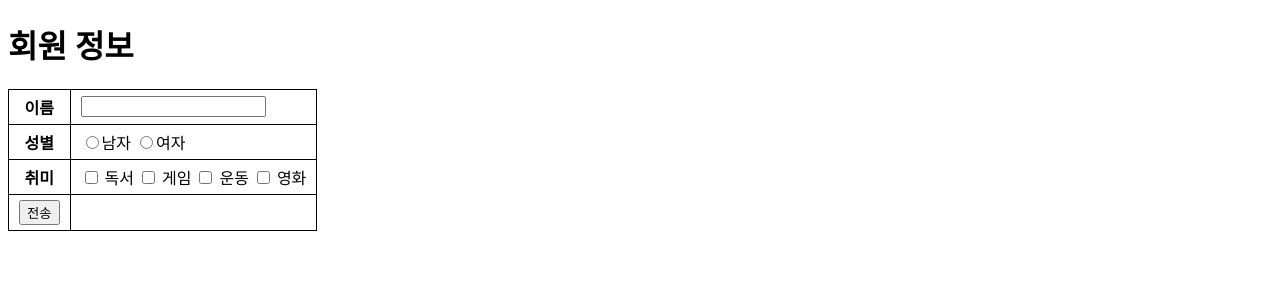
Repository: ZicoPark/Lost-Dev
Page: http://localhost/03_request/
The author's editor kept a copy of each file at every save. The page is drawn from the files as they stood at one save, then again after the next save.
The browser window is 1280 px wide. The pictures show the whole page.
The page is served by Tomcat 9.

Above is the page before, as saved 2023-02-20 03:14:24.

### JSP/03_request/WebContent/index.jsp
<%@ page language="java" contentType="text/html; charset=UTF-8"
    pageEncoding="UTF-8"%>
<!DOCTYPE html>
<html>
<head>
<meta charset="UTF-8">
<title>Insert title here</title>
<style>
	table, th, td{
		border : 1px solid black;
		border-collapse: collapse;
	}
	th,td{
		padding : 5px 10px;
	}

</style>
</head>
<body>
	<h1>회원 정보</h1>
	<form action = ""  method="get">
	<table>
		<tr>
			<th>이름</th>
			<td><input type = "text" name="userName"/></td>
		</tr>
		<tr>
			<th>성별</th>
			<td>
				<input type = "radio" name="gender" value="남자"/>남자
				<input type = "radio" name="gender" value="여자"/>여자
			</td>
		</tr>
		<tr>
			<th>취미</th>
			<td>
				<input type = "checkbox" name="hobby" value="독서"/> 독서
				<input type = "checkbox" name="hobby" value="게임"/> 게임
				<input type = "checkbox" name="hobby" value="운동"/> 운동
				<input type = "checkbox" name="hobby" value="영화"/> 영화
			</td>
		</tr>
		<tr>
			<th>
				<input type = "submit" value="전송" />
			</th>
		</tr>
	</table>
	</form>
</body>
</html>

After the next save:
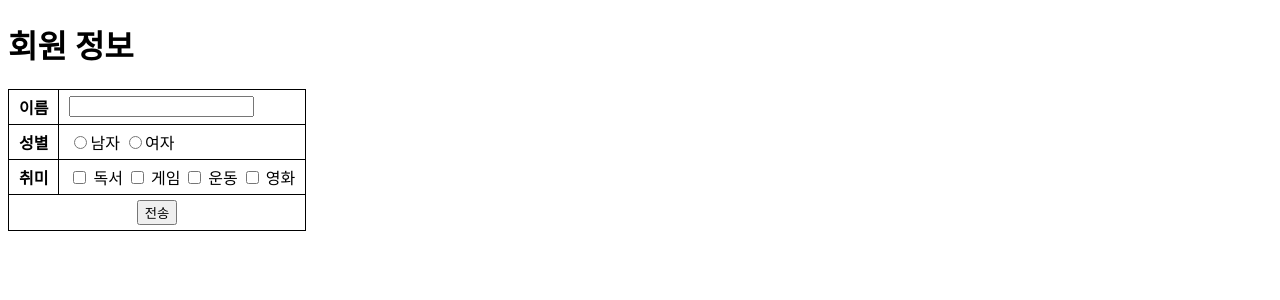
Saved 22 s later.
--- a/JSP/03_request/WebContent/index.jsp
+++ b/JSP/03_request/WebContent/index.jsp
@@ -41,7 +41,7 @@
 			</td>
 		</tr>
 		<tr>
-			<th>
+			<th colspan="2">
 				<input type = "submit" value="전송" />
 			</th>
 		</tr>
